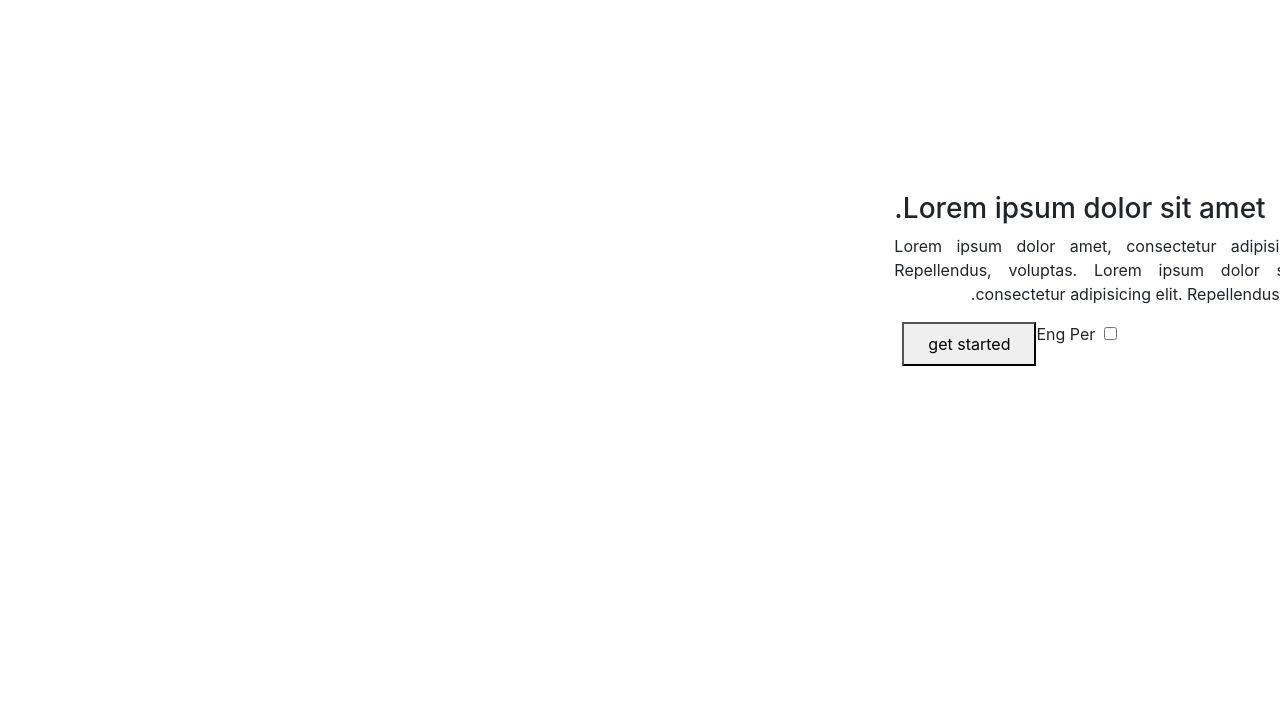
Repository: FENiki/colorlib-accounting
Page: golzar.html
An editor plug-in stored every save of this project. The page is shown before and after the next save, followed by the edit.
The browser window is 1280 px wide. The pictures show the whole page.

Above is the page before, as saved 2021-10-02 20:14:53.

After the next save:
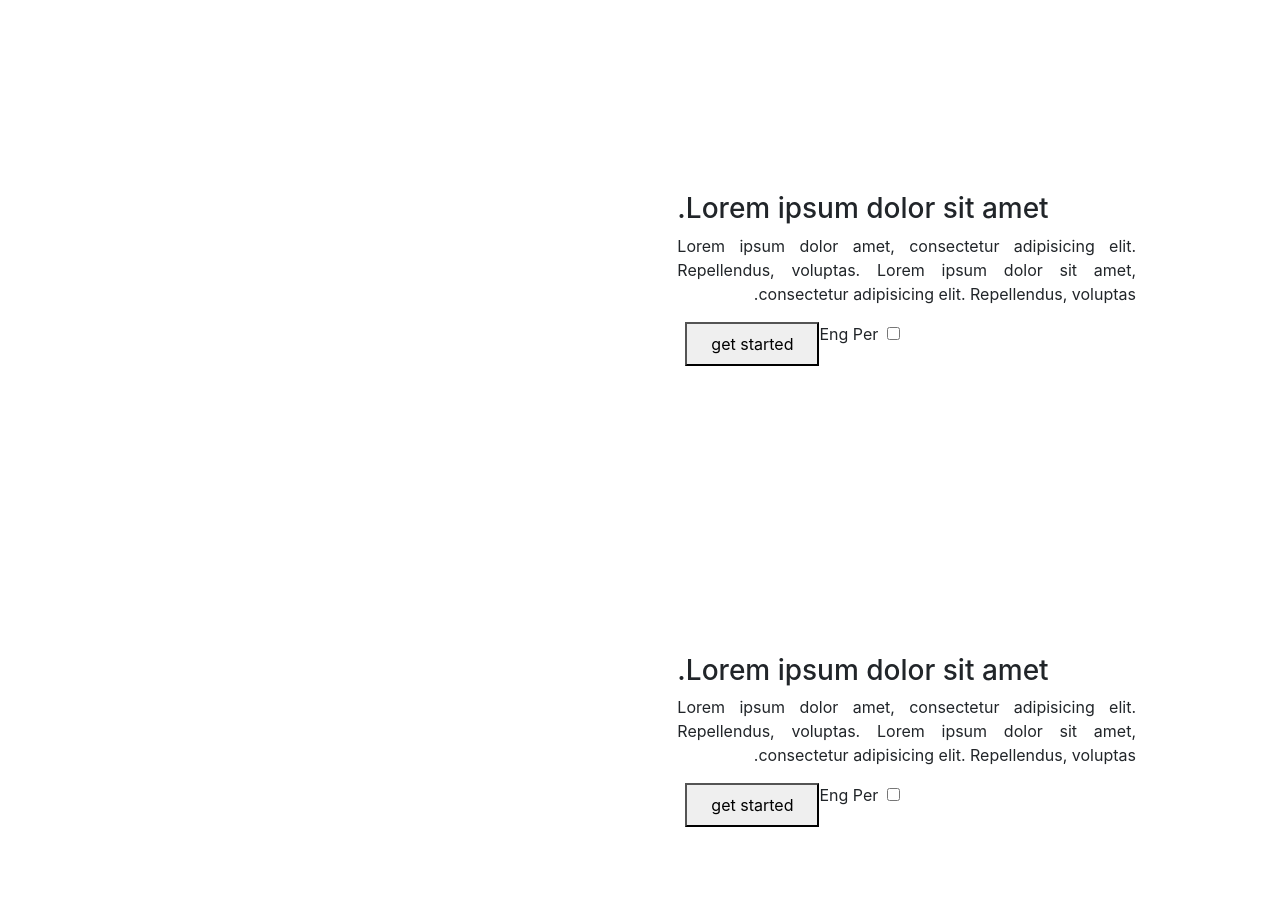
Saved 7 s later.
--- a/golzar.html
+++ b/golzar.html
@@ -1,3 +1,80 @@
+<!DOCTYPE html>
+<html lang="fa" dir="ltr">
+  <head>
+    <meta charset="utf-8" />
+    <meta
+      name="viewport"
+      content="width=device-width, initial-scale=1, shrink-to-fit=no"
+    />
+    <title>colorli</title>
+
+
+    <link rel="stylesheet" href="./assets/css/bootstrap.min.css">
+    <!-- <link rel="stylesheet" href="/assets/css/normalize.css" /> -->
+    <link rel="stylesheet" href="./assets/css/style.css" />
+    <link
+      rel="stylesheet"
+      href="https://testing.tarhito.com/assets/font/fontawesome-pro/fontawesome-pro.css"
+    />
+    <link
+      href="https://testing.tarhito.com/assets/fonts/fontawesome-pro.min.css"
+      rel="stylesheet"
+      type="text/css"
+    />
+  </head>
+  <body>
+
+
+    <div class="main-row d-flex">
+      <div class="row m-0 p-0">
+        <div
+          class="col-lg-7 col-md-8 col-sm-12 col-12 mt-lg-5 px-2 py-5 px-lg-5"
+        >
+          <div class="p-lg-5">
+            <div class="content mt-lg-5 px-lg-5 px-3">
+              <h3 class="text-wrap mt-5">Lorem ipsum dolor sit amet.</h3>
+              <p class="text-justify">
+                Lorem ipsum dolor amet, consectetur adipisicing elit.
+                Repellendus, voluptas. Lorem ipsum dolor sit amet, consectetur
+                adipisicing elit. Repellendus, voluptas.
+              </p>
+              <div class="btn-section d-flex justify-content-end">
+                <div class="switch">
+                  <input
+                    id="language-toggle"
+                    class="check-toggle check-toggle-round-flat"
+                    type="checkbox"
+                  />
+                  <label for="language-toggle"></label>
+                  <span class="on">Eng</span>
+                  <span class="off">Per</span>
+                </div>
+                <button
+                  type="button"
+                  class="px-4 py-2 ml-2 custom-btn text-nowrap"
+                >
+                  get started
+                </button>
+              </div>
+            </div>
+          </div>
+        </div>
+        <!--right-col-->
+
+        <div class="bottom-img"></div>
+        <div class="col-xl-5 col-lg-5 col-md-4 col-sm-3 col-12 p-0 m-0">
+          <div class="right-col"></div>
+        </div>
+      </div>
+    </div>
+
+
+    <script src="./assets/js/jquery-3.5.1.slim.min.js"></script>
+    <script src="./assets/js/bootstrap.bundle.min.js "></script>
+    <script src="./assets/js/popper.min.js"></script>
+    <script src="./assets/js/bootstrap.min.js"></script>
+  </body>
+</html>
 <!DOCTYPE html>
 <html lang="fa" dir="ltr">
   <head>
